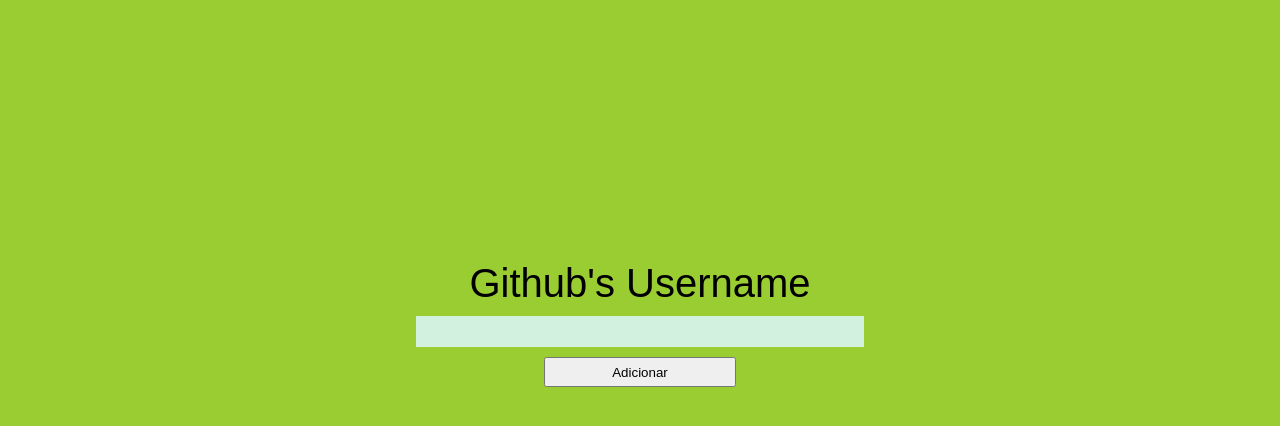
Repository: Orifiel/teste
Page: desafioMod4/desafioJavascritpt0402.html
The author's editor kept a copy of each file at every save. The page is drawn from the files as they stood at one save, then again after the next save.
The browser window is 1280 px wide. The pictures show the whole page.
Some web fonts or font styles are not loaded; a fallback is used.

Above is the page before, as saved 2020-08-24 11:57:54.

### desafioMod4/desafioJavascritpt0402.html
<!DOCTYPE html>
<html lang="en">
<head>
    <meta charset="UTF-8">
    <meta name="viewport" content="width=device-width, initial-scale=1.0">
    <title>Document</title>
</head>
<style>
    @import url('https://fonts.googleapis.com/css2?family=Do+Hyeon&display=swap');
    *{
        padding: 0;
        margin: 0;
        box-sizing: border-box;
    }
    body{
        background: yellowgreen;
    }
   .container {
        display: flex;
        flex-direction: column;
        width: 70vw;
        height: 90vh;
        justify-content: center;
        align-items: center;
        margin: 0 auto;
    }
    label{
        font-size: 2.5rem;
        font-family: 'Do Hyeon', sans-serif;
    }
    input {

        outline: none;
        width: 50%;
        padding: 8px 14px;
        border: none;
        background: rgb(211, 241, 223);
        color: rgb(2, 59, 38);
        font-family: Verdana, Geneva, Tahoma, sans-serif;
        font-weight: 700;
        text-align: center;
        margin: 10px auto;
    }

    button {
        width: 12rem;
        height: 30px;
        outline: none;
    }


</style>
<body>
    <div class="container">
        <label for="username">Github's Username</label>
        <input type="text" name="username" id="username">
        <button onclick=''>Adicionar</button>
    </div>
 <script src="./desafioJavascritpt0402.js"></script>
</body>
</html>

### desafioMod4/desafioJavascritpt0402.js
/**
 * 2º exercício
Crie uma tela com um <input> que deve receber o nome de um usuário no Github. Após digitar o
nome do usuário e clicar no botão buscar a aplicação deve buscar pela API do Github (conforme
URL abaixo) os dados de repositórios do usuário e mostrá-los em tela:
URL de exemplo: https://api.github.com/users/diego3g/repos
Basta alterar "diego3g" pelo nome do usuário.
<input type="text" name="user">
<button onclick="">Adicionar</button>
Depois de preencher o input e adicionar, a seguinte lista deve aparecer abaixo:
<ul>
 <li>repo1</li>
 <li>repo2</li>
 <li>repo3</li>
 <li>repo4</li>
 <li>repo5</li>
</ul>

 */

After the next save:
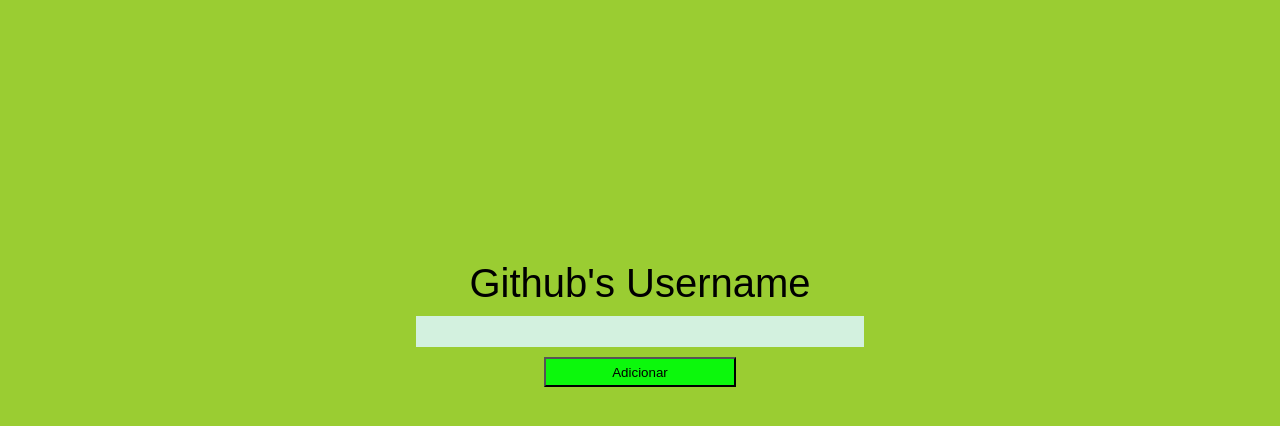
Saved 38 s later.
--- a/desafioMod4/desafioJavascritpt0402.html
+++ b/desafioMod4/desafioJavascritpt0402.html
@@ -45,7 +45,7 @@
     button {
         width: 12rem;
         height: 30px;
-        outline: none;
+        background: rgb(12, 248, 12)
     }
 
 
